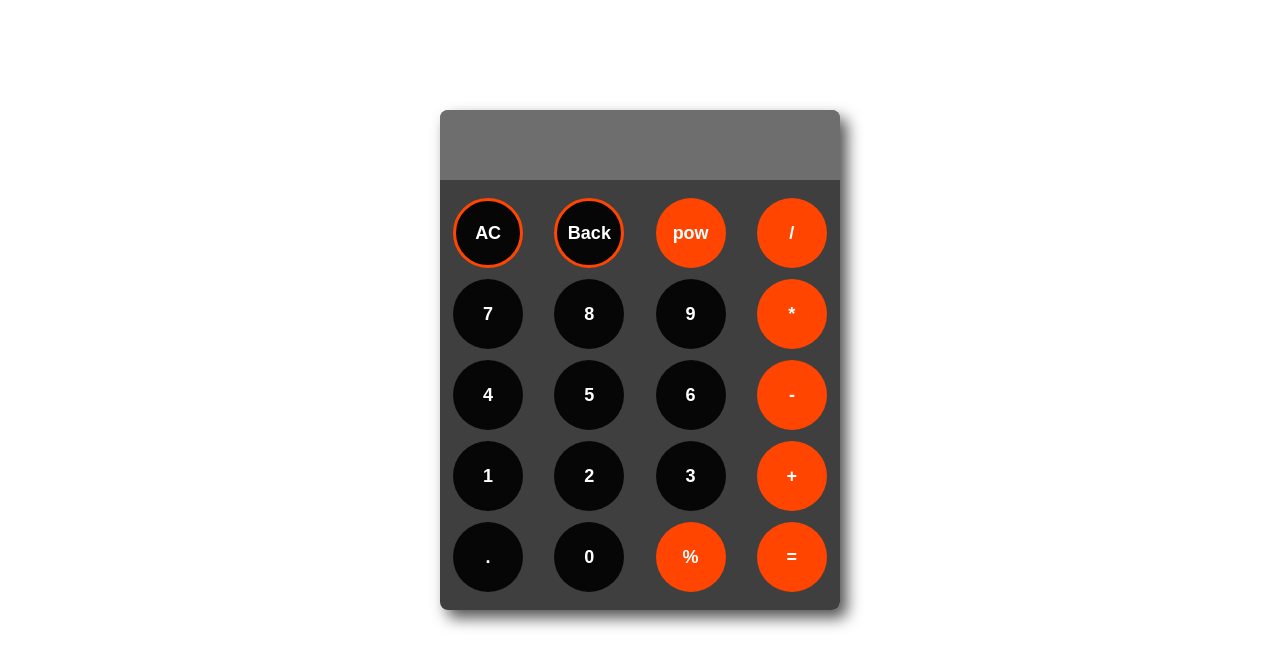
Repository: SakthivelDurai47/calculator
Page: index.html
The author's editor kept a copy of each file at every save. The page is drawn from the files as they stood at one save, then again after the next save.
The browser window is 1280 px wide. The pictures show the whole page.

Above is the page before, as saved 2025-04-13 15:54:54.

After the next save:
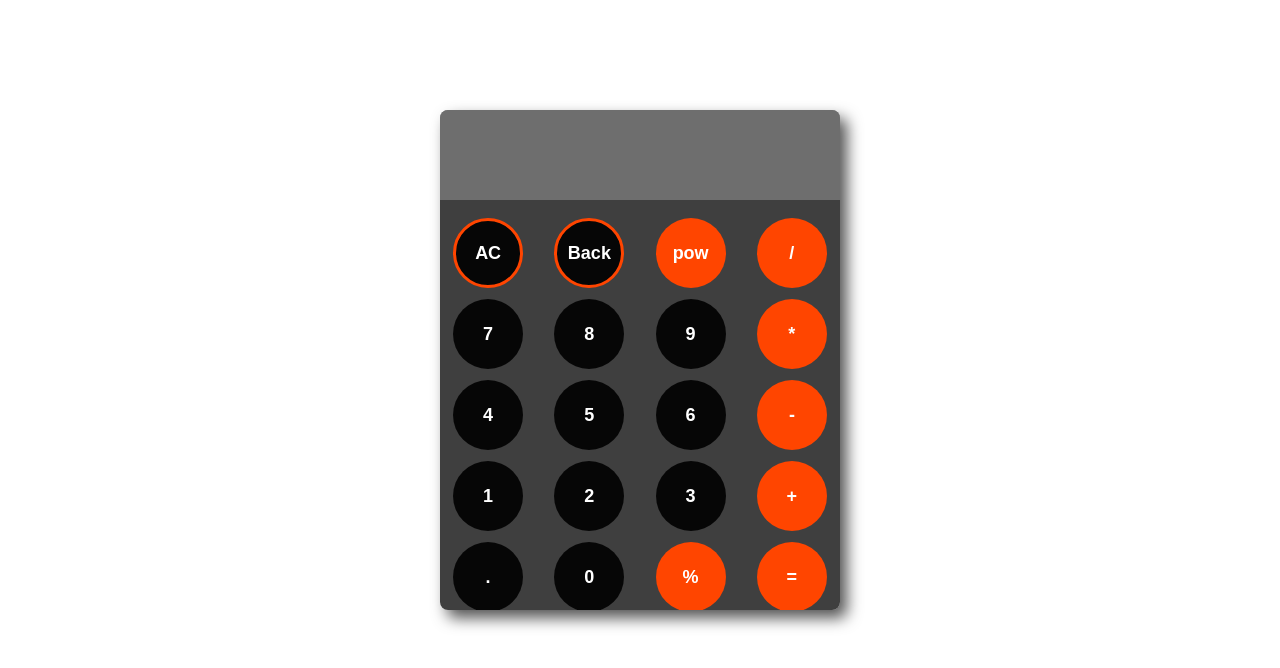
Saved 5 s later.
--- a/styles.css
+++ b/styles.css
@@ -53,7 +53,7 @@ button:active {
 }
 #display {
   width: 100%;
-  height: 50px;
+  height: 70px;
   margin-bottom: 15px;
   border: none;
   background-color: rgba(137, 137, 137, 0.642);
